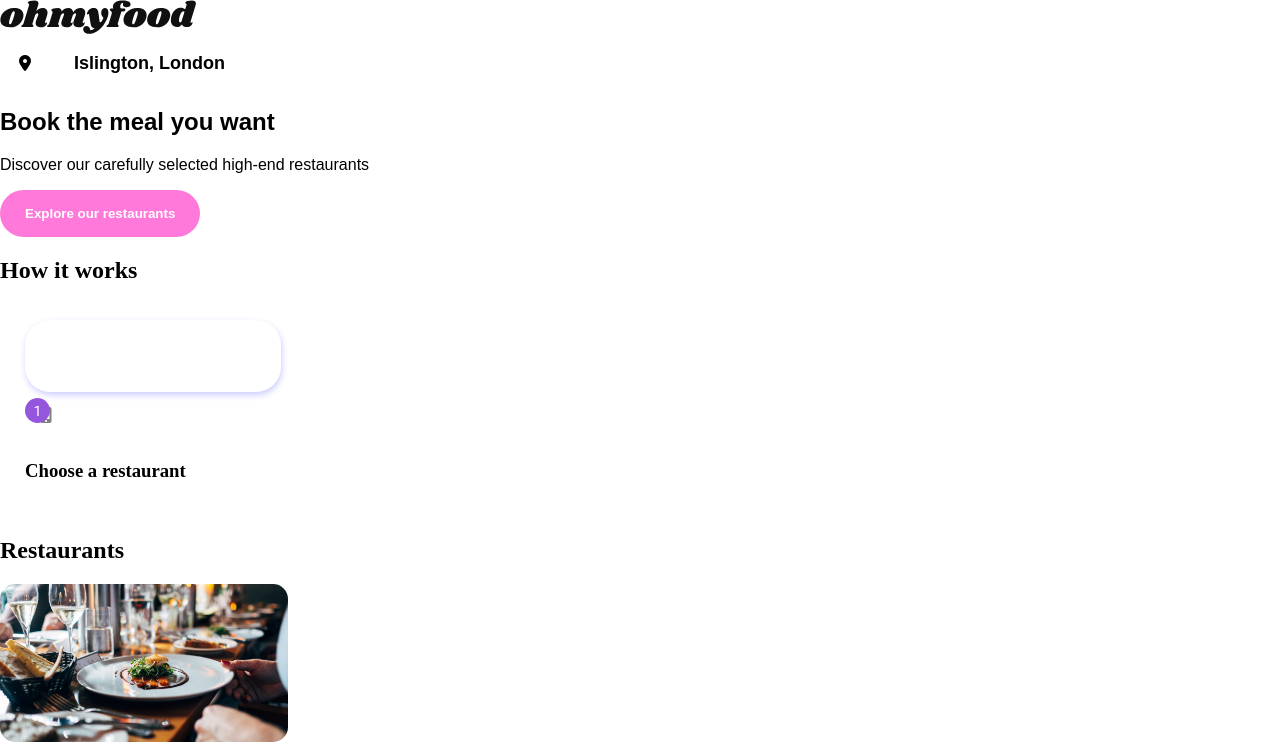
Repository: R1ptou/Project-3
Page: index.html
These files come from the project's save history. The page is drawn as it stood at one moment and after the next save; the edit follows.
The browser window is 1280 px wide. The pictures show the whole page.
Some web fonts or font styles are not loaded; a fallback is used. The style sheet was rebuilt from its Sass, Less or Tailwind sources for each picture, by a compiler version that may differ from the author's.

Above is the page before, as saved 2024-02-16 12:58:59.

After the next save:
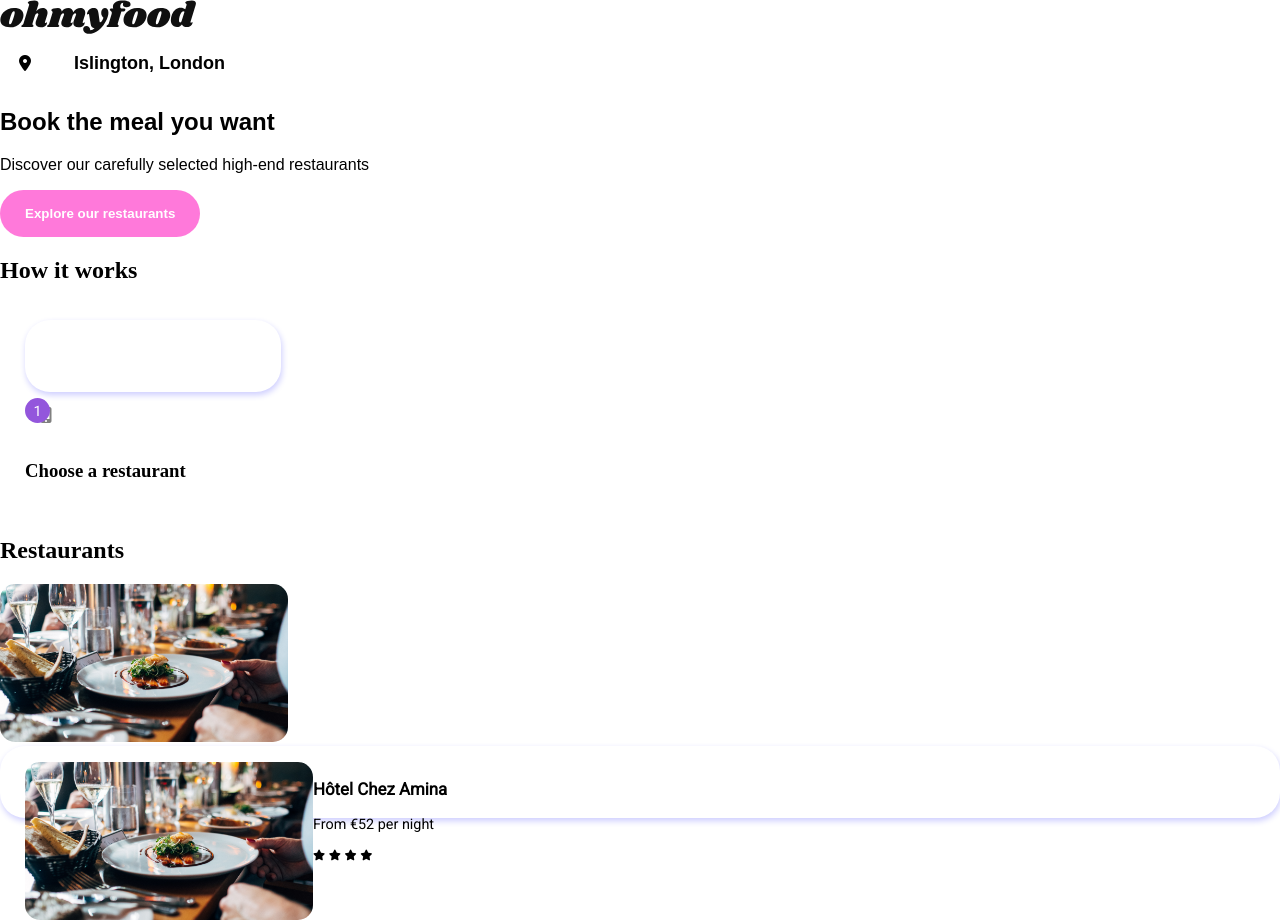
Saved 101 s later.
--- a/index.html
+++ b/index.html
@@ -51,6 +51,22 @@
             <div>
                 <img class="card-img" src="./Images and text Ohmyfood/images/restaurants/jay-wennington-N_Y88TWmGwA-unsplash.jpg" alt="">
             </div>
+            <a href="#" class="card">
+                <img class="card-img" src="./Images and text Ohmyfood/images/restaurants/jay-wennington-N_Y88TWmGwA-unsplash.jpg" alt="">
+                      <div class="card-content">
+                          <div class="card-txt">
+                              <h3 class="card-title">Hôtel Chez Amina</h3>
+                              <p class="card-subtitle">From <span class="euro">€</span>52 per night</p>
+                          </div>
+                          <div class="card-rating">
+                              <i class="fa-xs fa-solid fa-star"></i>
+                              <i class="fa-xs fa-solid fa-star"></i>
+                              <i class="fa-xs fa-solid fa-star"></i>
+                              <i class="fa-xs fa-solid fa-star"></i>
+                              <span class="sr-only">Rated 4 out of 5</span>
+                          </div>
+                      </div>
+              </a>
         </Section>
 
 <!-- Header -->
